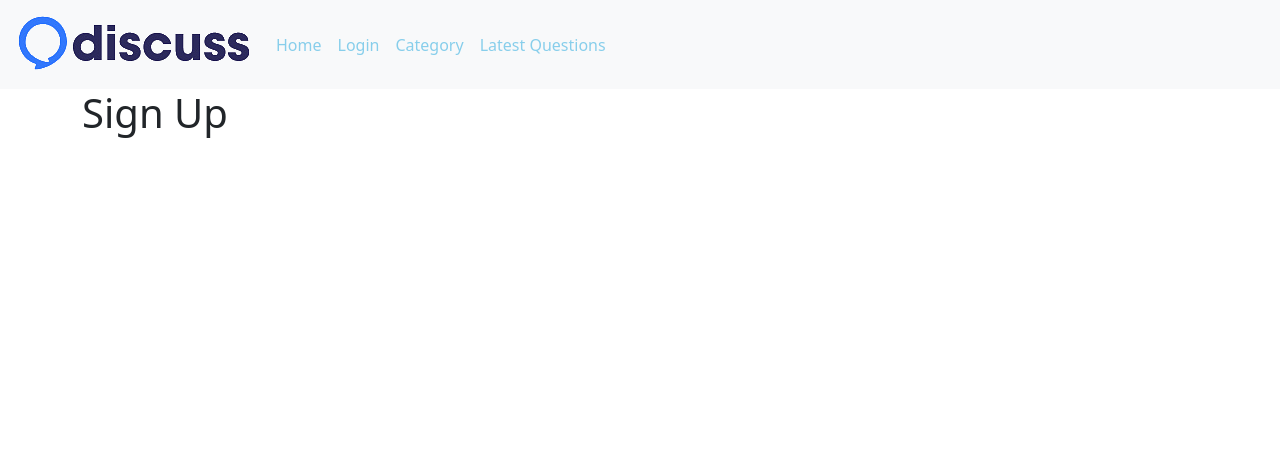
Repository: zeeShanizeeshan/php-project
Page: http://localhost/?signup=true
An editor plug-in stored every save of this project. The page is shown before and after the next save, followed by the edit.
The browser window is 1280 px wide. The pictures show the whole page.
The page is run by PHP 8.4 with error messages shown; the project is at /var/www/html/.

Above is the page before, as saved 2025-12-02 16:27:28.

### index.php
<!DOCTYPE html>
<html lang="en">

<head>
    <meta charset="UTF-8">
    <title>Discuss Project</title>
    <?php include('./client/commonFiles.php') ?>
</head>

<body>
    <?php
    include('./client/header.php');
    include('./client/signup.php');
    ?>
</body>

</html>

### client/commonFiles.php
<link href="https://cdn.jsdelivr.net/npm/bootstrap@5.0.2/dist/css/bootstrap.min.css" rel="stylesheet" integrity="sha384-EVSTQN3/azprG1Anm3QDgpJLIm9Nao0Yz1ztcQTwFspd3yD65VohhpuuCOmLASjC" crossorigin="anonymous">
<script src="https://cdn.jsdelivr.net/npm/bootstrap@5.0.2/dist/js/bootstrap.bundle.min.js" integrity="sha384-MrcW6ZMFYlzcLA8Nl+NtUVF0sA7MsXsP1UyJoMp4YLEuNSfAP+JcXn/tWtIaxVXM" crossorigin="anonymous"></script>
<link rel="stylesheet" href="./public/style.css">
</link>

### client/header.php
<nav class="navbar navbar-expand-lg navbar-light bg-light">
    <div class="container-fluid">
        <a class="navbar-brand" href="#">
            <img src="./public/discusslogo.png" alt="">
        </a>
        <div class="collapse navbar-collapse" id="navbarNav">
            <ul class="navbar-nav">
                <li class="nav-item">
                    <a class="nav-link active" aria-current="page" href="#">Home</a>
                </li>
                <li class="nav-item">
                    <a class="nav-link" href="#">Login</a>
                </li>
                <li class="nav-item">
                    <a class="nav-link" href="#">Category</a>
                </li>
                <li class="nav-item">
                    <a class="nav-link" href="#">Latest Questions</a>
                </li>
            </ul>
        </div>
    </div>
</nav>

### client/signup.php
<div class="container">
<h1>Sign Up</h1>
</div>

### public/style.css
a{
    color: skyblue !important;
}

After the next save:
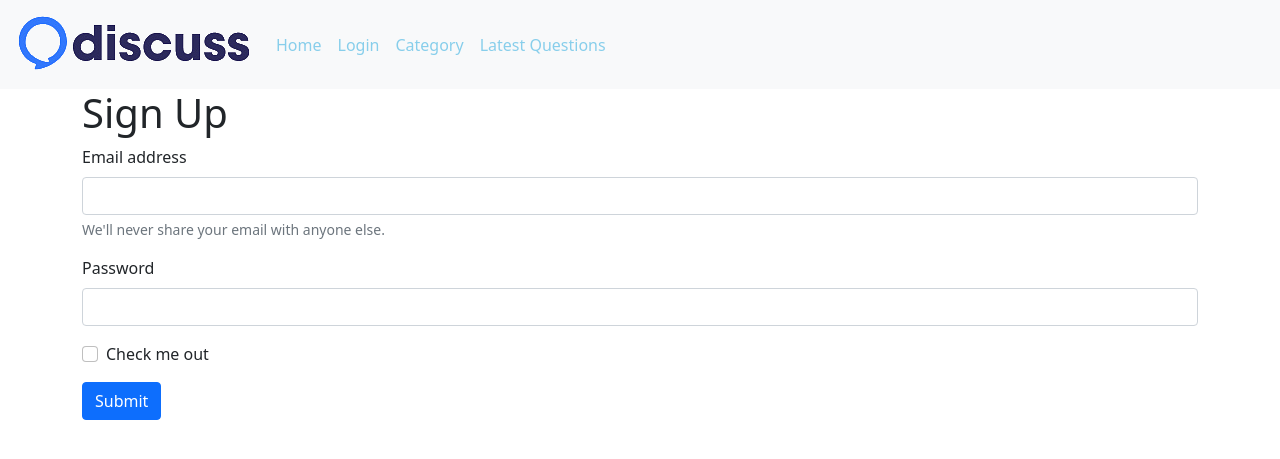
Saved 2 min 35 s later.
--- a/client/signup.php
+++ b/client/signup.php
@@ -1,3 +1,19 @@
 <div class="container">
-<h1>Sign Up</h1>
+    <h1>Sign Up</h1>
+    <form>
+        <div class="mb-3">
+            <label for="exampleInputEmail1" class="form-label">Email address</label>
+            <input type="email" class="form-control" id="exampleInputEmail1" aria-describedby="emailHelp">
+            <div id="emailHelp" class="form-text">We'll never share your email with anyone else.</div>
+        </div>
+        <div class="mb-3">
+            <label for="exampleInputPassword1" class="form-label">Password</label>
+            <input type="password" class="form-control" id="exampleInputPassword1">
+        </div>
+        <div class="mb-3 form-check">
+            <input type="checkbox" class="form-check-input" id="exampleCheck1">
+            <label class="form-check-label" for="exampleCheck1">Check me out</label>
+        </div>
+        <button type="submit" class="btn btn-primary">Submit</button>
+    </form>
 </div>
